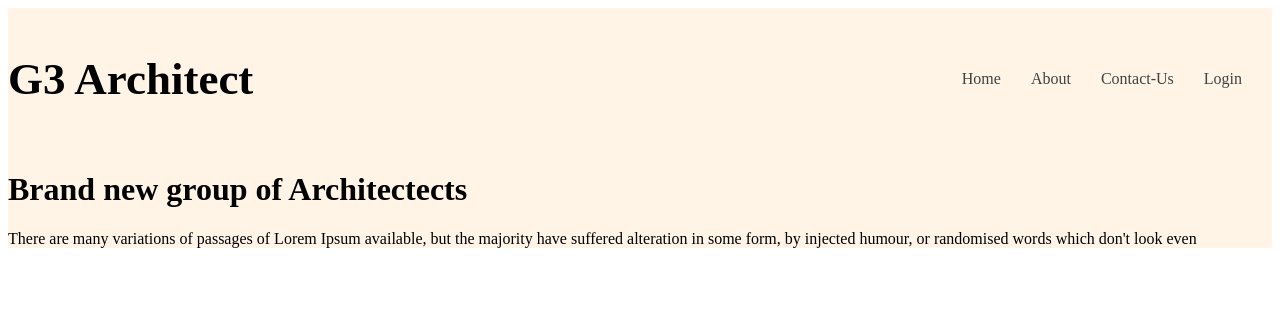
Repository: tanimtanzilislam/g3-architect-website
Page: index.html
These files come from the project's save history. The page is drawn as it stood at one moment and after the next save; the edit follows.
The browser window is 1280 px wide. The pictures show the whole page.

Above is the page before, as saved 2026-02-06 11:29:48.

### index.html
<!DOCTYPE html>
<html lang="en">
<head>
    <meta charset="UTF-8">
    <meta name="viewport" content="width=device-width, initial-scale=1.0">
    <title>G3 Architecture</title>
    <link rel="stylesheet" href="styles/styles.css">
</head>
<body class=".work-sans-font">
    <header class="bg-light" >
        <nav class="navbar display-flex">
            <h3 class="brand">G3 Architect </h3>
             <ul class="nav-links display-flex">

                <li class="nav-item"><a href="" class="nav-link text-gray">Home</a></li>
                <li class="nav-item"><a href="" class="nav-link text-gray">About</a></li>
                <li class="nav-item"><a href="" class="nav-link text-gray">Contact-Us</a></li>
                <li class="nav-item"><a href="" class="nav-link text-gray">Login</a></li>
             </ul>
        </nav>

        <div class="banner">

            <h1 class="banner-title">
                Brand new group of Architectects
            </h1>
            <p class="banner-description">
                There are many variations of passages of Lorem Ipsum available, but the majority have suffered alteration in some form, by injected humour, or randomised words which don't look even
            </p>

        </div>
    </header>
    <main></main>
    <footer></footer>

</body>
</html>

### styles/styles.css

@import url('https://fonts.googleapis.com/css2?family=Work+Sans:ital,wght@0,100..900;1,100..900&display=swap');

.work-sans-font{
  font-family: "Work Sans", sans-serif;
  font-optical-sizing: auto;
  font-weight: 400;
  font-style: normal;
}

/* shared styles */
.display-flex{
  display:flex;
}

.text-gray{
  color:#424242;
}

/* dark02 */
.text-light-gray{

color:#727272;

}

/* header styles */

.navbar{
  justify-content: space-between;
  align-items:center
}
.brand{
  font-weight:700;
  font-size:45px;
}

/* navbar related styles */
.bg-light{
  background-color: rgba(255,144,14,0.1);
}

.nav-item{
  list-style:none;
  margin-right:30px;
}

.nav-link{
  text-decoration:none;
  font-weight:500;
}
.navbar ,.banner{
  max-width:1440px;
  margin:0 auto;
}

After the next save:
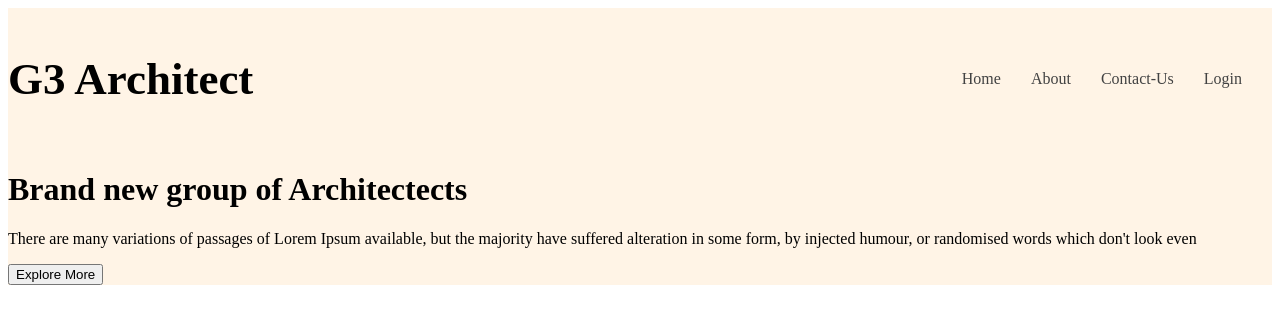
Saved 9 s later.
--- a/index.html
+++ b/index.html
@@ -27,7 +27,7 @@
             <p class="banner-description">
                 There are many variations of passages of Lorem Ipsum available, but the majority have suffered alteration in some form, by injected humour, or randomised words which don't look even
             </p>
-
+            <button>Explore More</button>
         </div>
     </header>
     <main></main>
